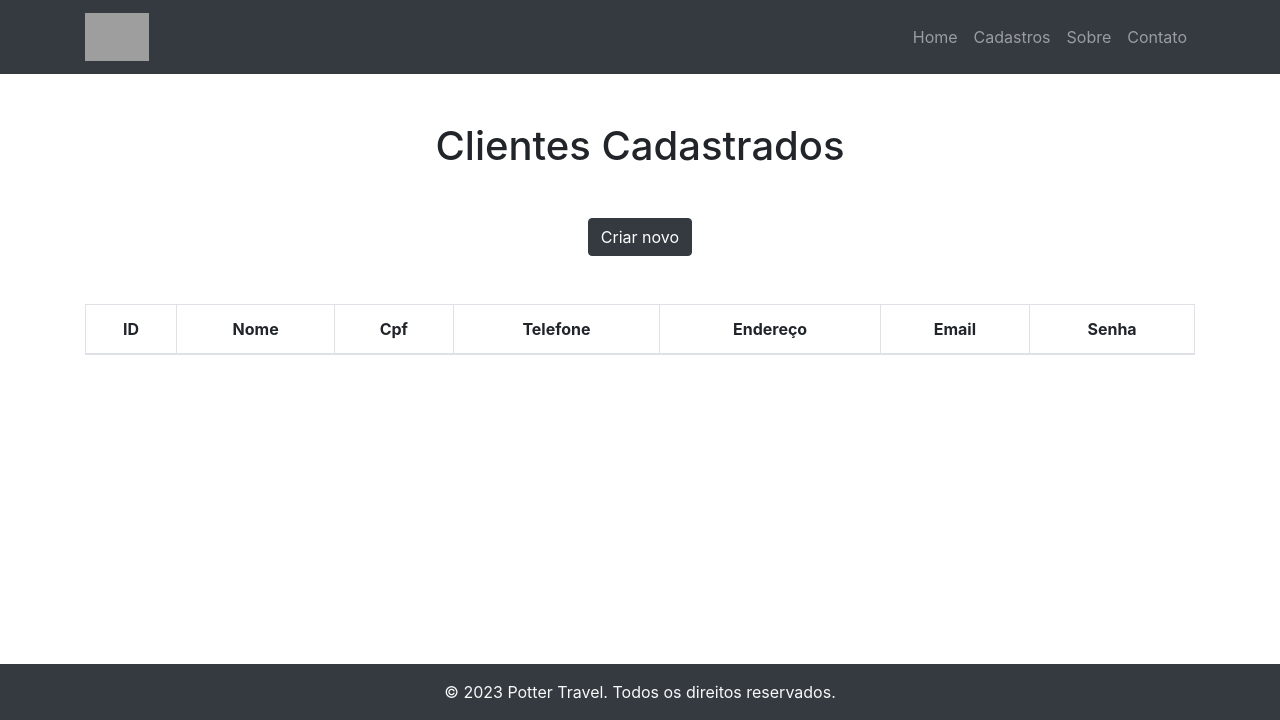
Repository: marcelledssantos/PotterTravel-MVC
Page: http://localhost/PotterTravel-MVC/ReadController
These files come from the project's save history. The page is drawn as it stood at one moment and after the next save; the edit follows.
The browser window is 1280 px wide. The pictures show the whole page.
Pictures or frames that could not be fetched are drawn as grey boxes. Some web libraries are served in a nearby version. The page is served by Tomcat 9. Other server files are loaded and not shown. Queries for data that is not in the repository find no rows.

Above is the page before, as saved 2023-11-01 03:01:05.

### PotterTravel-MVC/src/main/webapp/clientes.jsp
<%@ page language="java" contentType="text/html; charset=UTF-8"
	pageEncoding="UTF-8"%>

	<%@ taglib prefix="jstl" uri="http://java.sun.com/jsp/jstl/core"%>

<!DOCTYPE html>
<html>
<head>
<meta charset="UTF-8">
<title>Read and Delete</title>
<!-- Inclua o link para o Bootstrap via CDN -->
<link rel="icon" type="image/x-icon" href="./icon/favicon.ico">
<link rel="stylesheet"
	href="https://maxcdn.bootstrapcdn.com/bootstrap/4.5.2/css/bootstrap.min.css">
</head>
<body class="text-center">
    <!-- Cabeçalho -->
    <header>
        <nav class="navbar navbar-expand-lg navbar-dark bg-dark text-light">
            <div class="container">
                <a class="navbar-brand" href="#"><img src="./icon/samurai.png" height="48px"/> </a>
                <button class="navbar-toggler" type="button" data-toggle="collapse" data-target="#navbarNav" aria-controls="navbarNav" aria-expanded="false" aria-label="Toggle navigation">
                    <span class="navbar-toggler-icon"></span>
                </button>
                <div class="collapse navbar-collapse" id="navbarNav">
                    <ul class="navbar-nav ml-auto">
                        <li class="nav-item">
                            <a class="nav-link" href="./index.html">Home</a>
                        </li>
                        <li class="nav-item">
                            <a class="nav-link" href="./ReadController">Cadastros</a>
                        </li>
                        <li class="nav-item">
                            <a class="nav-link" href="#sobre">Sobre</a>
                        </li>
                        <li class="nav-item">
                            <a class="nav-link" href="#contato">Contato</a>
                        </li>
                    </ul>
                </div>
            </div>
        </nav>
    </header>
	<h1 class="mt-5">Clientes Cadastrados</h1>
	<div class="container mt-5">
	<a href="./cadastro.jsp" class="btn btn-dark mb-5">Criar novo</a>
		<table class="table table-bordered">
			<thead>
				<tr>
					<th>ID</th>
					<th>Nome</th>
					<th>Cpf</th>
					<th>Telefone</th>
					<th>Endereço</th>
					<th>Email</th>
					<th>Senha</th>
				</tr>
			</thead>
			<tbody>
				<jstl:forEach items="${clientes}" var="cliente">
					<tr>
						<td>${cliente.id}</td>
						<td>${cliente.nome}</td>
						<td>${cliente.cpf}</td>
						<td>${cliente.telefone}</td>
						<td>${cliente.endereco}</td>
						<td>${cliente.email}</td>
						<td>${cliente.senha}</td>
						<td>
							<td>
							<a href="UpdateController?id=${cliente.id}" class="btn btn-dark">Editar</a>
							<a href="DeleteController?id=${cliente.id}"
							onclick="return confirm('Deseja Excluir?')"
							class="btn btn-danger">Excluir</a>
						</td>
					</tr>
				</jstl:forEach>
			</tbody>
		</table>
	</div>
	 <!-- Rodapé -->
    <footer class="bg-dark text-light text-center py-3 fixed-bottom">
        &copy; 2023 Potter Travel. Todos os direitos reservados.
    </footer>
	<!-- Inclua os scripts do Bootstrap via CDN -->
	<script src="https://code.jquery.com/jquery-3.5.1.slim.min.js"></script>
	<script
		src="https://cdn.jsdelivr.net/npm/@popperjs/core@2.5.3/dist/umd/popper.min.js"></script>
	<script
		src="https://maxcdn.bootstrapcdn.com/bootstrap/4.5.2/js/bootstrap.min.js"></script>

</body>
</html>

### PotterTravel-MVC/src/main/java/controller/ReadController.java
package controller;

import java.io.IOException;
import java.util.List;
import javax.servlet.RequestDispatcher;
import javax.servlet.ServletException;
import javax.servlet.annotation.WebServlet;
import javax.servlet.http.HttpServlet;
import javax.servlet.http.HttpServletRequest;
import javax.servlet.http.HttpServletResponse;

import dao.ClienteDAO;
import model.Cliente;

@WebServlet("/ReadController")
public class ReadController extends HttpServlet {
	private static final long serialVersionUID = 1L;

	protected void doGet(HttpServletRequest req, HttpServletResponse res)
			throws ServletException, IOException {
		try {
			ClienteDAO cDAO = new ClienteDAO();
			List<Cliente> clientes = cDAO.findClientes();
			req.setAttribute("clientes", clientes);

			RequestDispatcher rd = req.getRequestDispatcher("clientes.jsp");
			rd.forward(req, res);


		} catch (Exception e) {
			e.printStackTrace();
		}


	}

}

### PotterTravel-MVC/src/main/java/dao/ClienteDAO.java
package dao;

import java.sql.Connection;
import java.sql.PreparedStatement;
import java.sql.ResultSet;
import java.util.ArrayList;
import java.util.List;
import connectionDataBase.ConnectionDataBase;
import model.Cliente;
public class ClienteDAO {

	public void createCliente(Cliente cliente) {
		String sql = "INSERT INTO cliente(nome, cpf, telefone, endereco, email, senha)" + "VALUES(?,?,?,?,?,?)";

		Connection conn = null;
		PreparedStatement pstm = null;

		try {

			conn = ConnectionDataBase.createConnectionToMySQL();
			pstm = conn.prepareStatement(sql);

			pstm.setString(1, cliente.getNome());
			pstm.setString(2, cliente.getCpf());
			pstm.setString(3, cliente.getTelefone());
			pstm.setString(4, cliente.getEndereco());
			pstm.setString(5, cliente.getEmail());
			pstm.setString(6, cliente.getSenha());
			pstm.execute();

			System.out.println("Cliente criado com sucesso!");

		} catch (Exception e) {
			e.printStackTrace();
		}
	}

	public Cliente findCliente(int id) {
		Cliente cliente = null;
	  String sql = "SELECT * FROM Cliente WHERE id=?";

			Connection conn = null;
			PreparedStatement pstm = null;

			ResultSet rset = null;

			try {
				try {
					conn = ConnectionDataBase.createConnectionToMySQL();
					pstm = conn.prepareStatement(sql);
					rset = pstm.executeQuery();

				while (rset.next()) {
					cliente = new Cliente();
					cliente.setId(rset.getInt("id"));
					cliente.setNome(rset.getString("nome"));
					cliente.setCpf(rset.getString("cpf"));
					cliente.setTelefone(rset.getString("telefone"));
					cliente.setEndereco(rset.getString("endereco"));
					cliente.setEmail(rset.getString("email"));
					cliente.setSenha(rset.getString("senha"));
				}

			} catch (Exception e) {
				e.printStackTrace();
			} finally {
				try {
					if (rset != null) {
						rset.close();
					}
					if (pstm != null) {
						pstm.close();
					}
					if (conn != null) {
						conn.close();
					}
				} catch (Exception e) {
					e.printStackTrace();
				}
			}
			} finally {

			}
			return cliente;

		}
	public List<Cliente> findClientes() {
		String sql = "SELECT * FROM Cliente";
		List<Cliente> clientes = new ArrayList<Cliente>();

		Connection conn = null;
		PreparedStatement pstm = null;

		ResultSet rset = null;

		try {
			conn = ConnectionDataBase.createConnectionToMySQL();
			pstm = conn.prepareStatement(sql);
			rset = pstm.executeQuery();

			while (rset.next()) {
				Cliente cliente = new Cliente();

				cliente.setId(rset.getInt("id"));
				cliente.setNome(rset.getString("nome"));
				cliente.setCpf(rset.getString("cpf"));
				cliente.setTelefone(rset.getString("telefone"));
				cliente.setEndereco(rset.getString("endereco"));
				cliente.setEmail(rset.getString("email"));
				cliente.setSenha(rset.getString("senha"));
				clientes.add(cliente);
			}
		} catch (Exception e) {
			e.printStackTrace();

		} finally {
			try {
				if (rset != null) {
					rset.close();
				}
				if (pstm != null) {
					pstm.close();
				}
				if (conn != null) {
					conn.close();
				}
			} catch (Exception e) {
				e.printStackTrace();
			}
		}
		return clientes;
	}

	public Cliente getClienteById(int idCliente) {
		return null;
	}
	public void update(Cliente cliente) {

		String sql = "UPDATE cliente SET nome = ?, cpf = ?, telefone = ?, endereco = ?, email = ?, senha = ? "
				+ "WHERE id = ?";

		Connection conn = null;
		PreparedStatement pstm = null;

		try {

			conn = ConnectionDataBase.createConnectionToMySQL();
			pstm = conn.prepareStatement(sql);

			pstm.setString(1, cliente.getNome());
			pstm.setString(2, cliente.getCpf());
			pstm.setString(3, cliente.getTelefone());
			pstm.setString(4, cliente.getEndereco());
			pstm.setString(5, cliente.getEmail());
			pstm.setString(6, cliente.getSenha());
			pstm.setInt(7, cliente.getId());

			pstm.execute();
		} catch (Exception e) {
			e.printStackTrace();
		} finally {
			try {
				if (pstm != null) {
					pstm.close();
				}
				if (conn != null) {
					conn.close();
				}
			} catch (Exception e) {
				e.printStackTrace();

			}
		}
	}
	public void removeById(int id) {
		String sql = "DELETE FROM cliente WHERE id = ?";

		Connection conn = null;
		PreparedStatement pstm = null;

		try {
			conn = ConnectionDataBase.createConnectionToMySQL();
			pstm = conn.prepareStatement(sql);
			pstm.setInt(1, id);
			pstm.execute();

		} catch (Exception e) {
			e.printStackTrace();
		} finally {

			try {
				if (pstm != null) {
					pstm.close();
				}
			} catch (Exception e) {
				e.printStackTrace();
			}

		}
	}
}

### PotterTravel-MVC/src/main/java/connectionDataBase/ConnectionDataBase.java
package connectionDataBase;

import java.sql.Connection;
import java.sql.DriverManager;

public class ConnectionDataBase {

	private static final String USERNAME = "root";

	private static final String PASSWORD = "Dorgas100!";

	private static final String DATABASE_URL =
			"jdbc:mysql://localhost:3306/agencia_viagem";

	public static Connection createConnectionToMySQL() throws Exception{
		Class.forName("com.mysql.cj.jdbc.Driver");

		Connection connection =
	DriverManager.getConnection(DATABASE_URL,USERNAME,PASSWORD);
		return connection;
	}
	public static void main(String[] args) throws Exception{
		Connection con = createConnectionToMySQL();
		if(con !=null) {
			System.out.println("Conexão obtida com sucesso" + con);

		}
	}
}

After the next save:
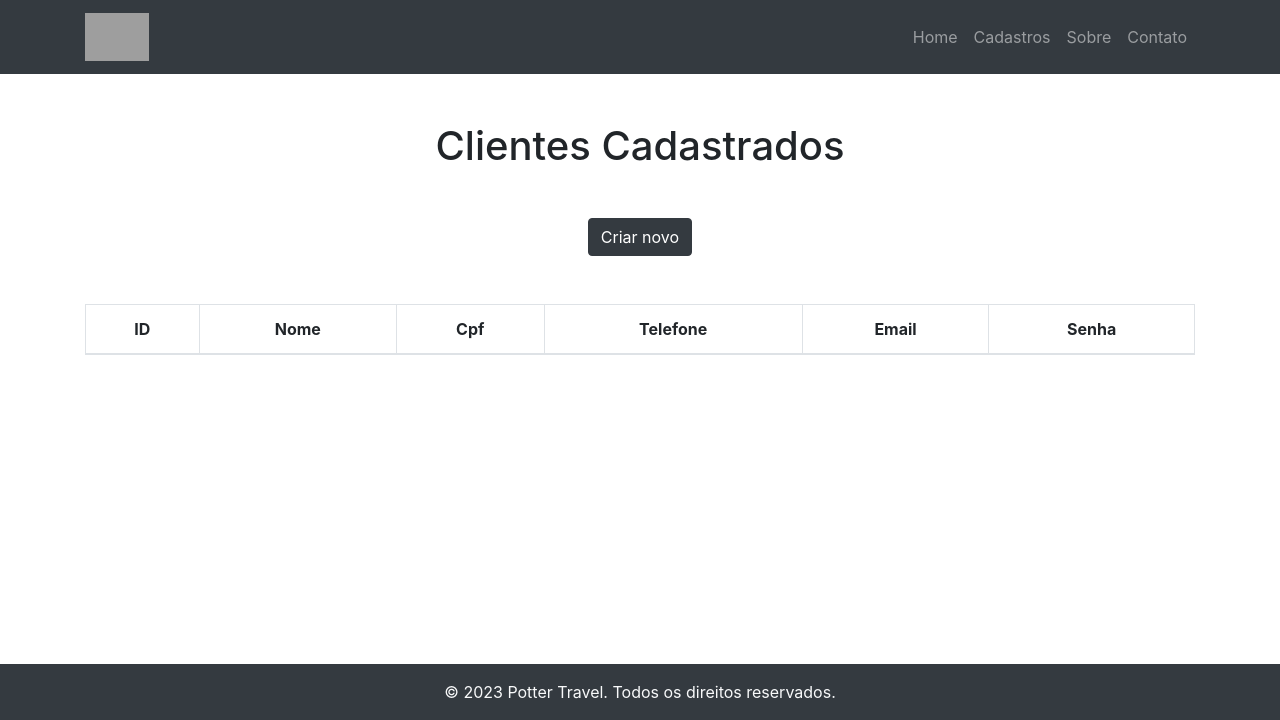
Saved 3 min 38 s later.
--- a/PotterTravel-MVC/src/main/webapp/clientes.jsp
+++ b/PotterTravel-MVC/src/main/webapp/clientes.jsp
@@ -51,7 +51,6 @@
 					<th>Nome</th>
 					<th>Cpf</th>
 					<th>Telefone</th>
-					<th>Endereço</th>
 					<th>Email</th>
 					<th>Senha</th>
 				</tr>
@@ -63,7 +62,6 @@
 						<td>${cliente.nome}</td>
 						<td>${cliente.cpf}</td>
 						<td>${cliente.telefone}</td>
-						<td>${cliente.endereco}</td>
 						<td>${cliente.email}</td>
 						<td>${cliente.senha}</td>
 						<td>
